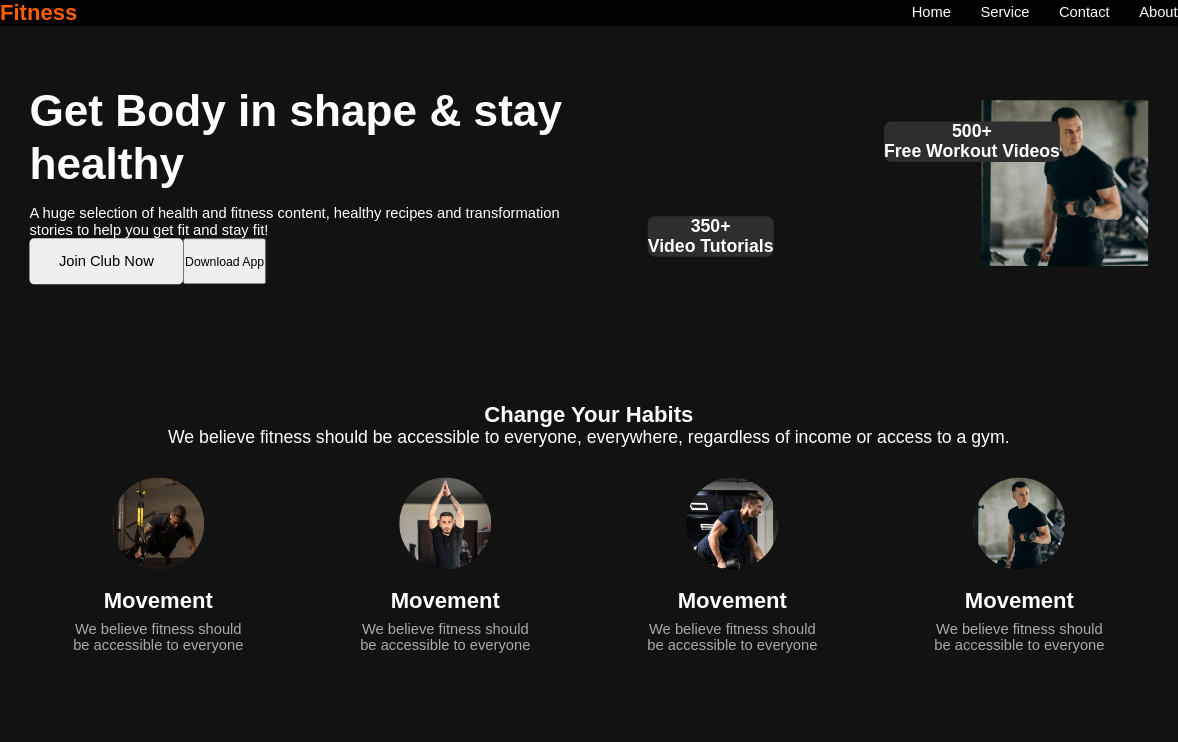
Repository: Aminul-Islam85/Assignment-2
Page: index.html
An editor plug-in stored every save of this project. The page is shown before and after the next save, followed by the edit.
The browser window is 1280 px wide. The pictures show the whole page, at 92% of full size.

Above is the page before, as saved 2024-10-23 15:35:15.

After the next save:
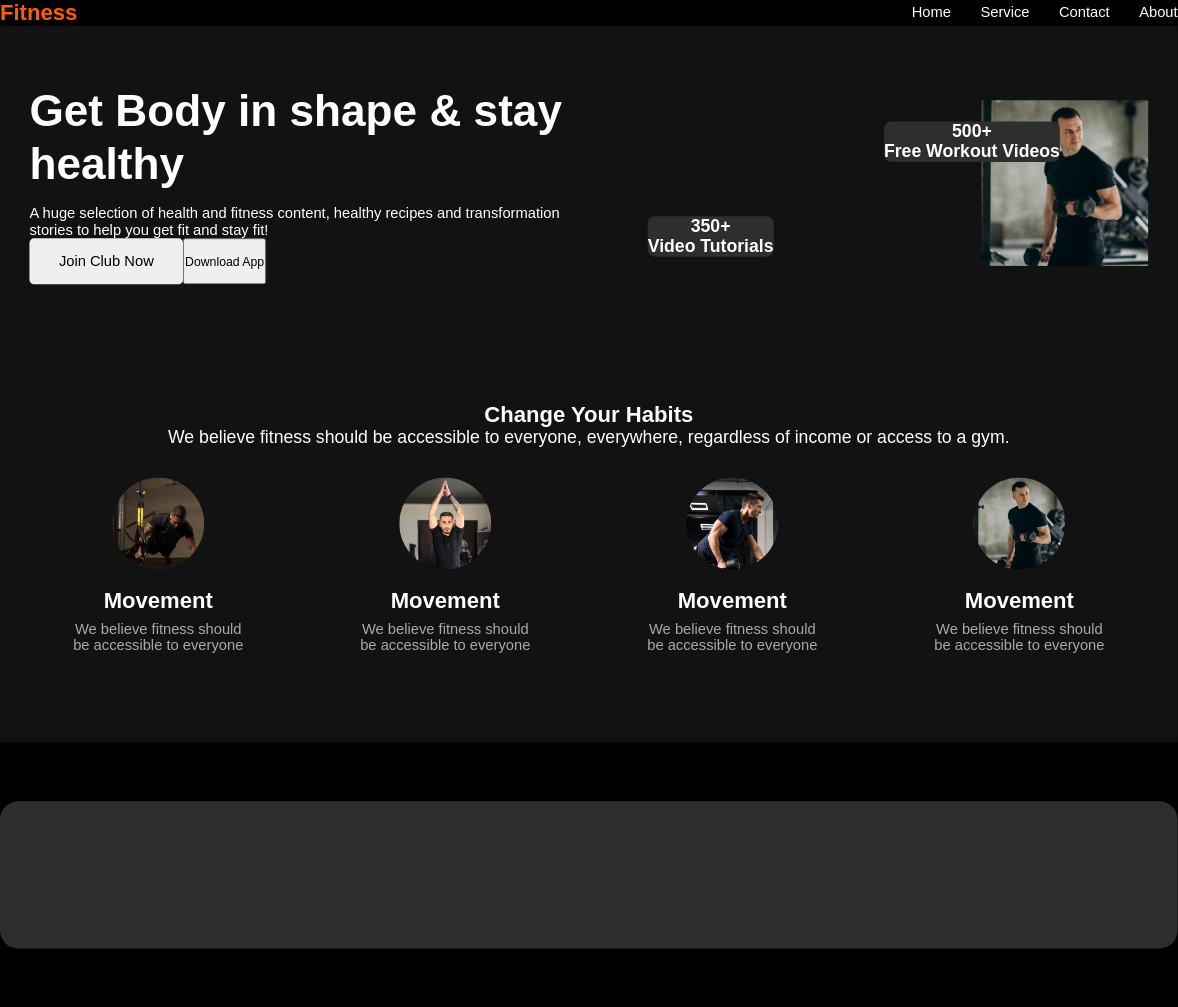
Saved 3 min 38 s later.
--- a/index.html
+++ b/index.html
@@ -68,6 +68,13 @@
 
     </section>
 
+    <section class="extra-mile">
+        <div>
+            <h2></h2>
+            <p></p>
+        </div>
+    </section>
+
 
 </body>
 </html>
